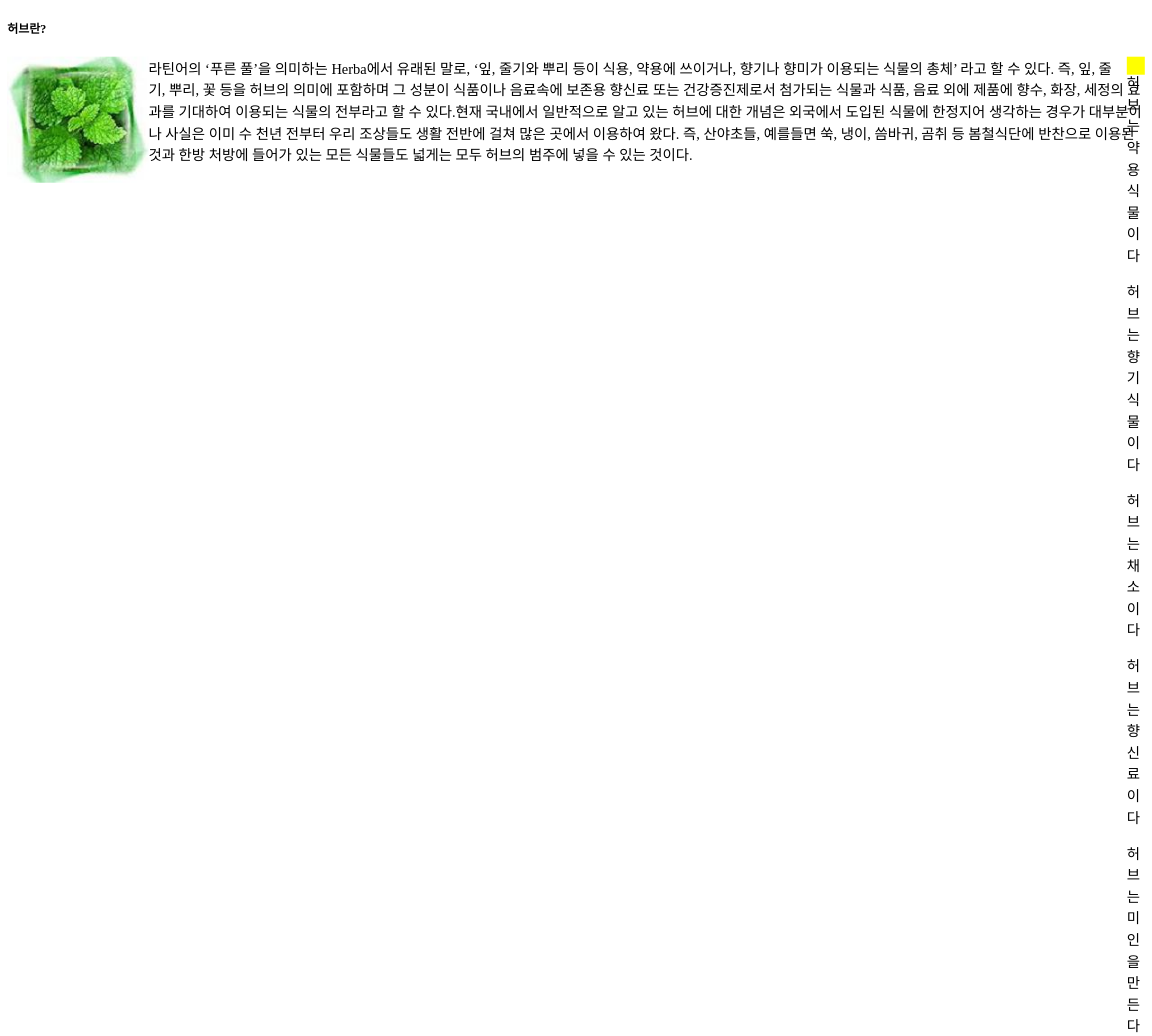
Repository: gus-123/Edu_KCC_HTML
Page: CSS/WebContent/position.html
These files come from the project's save history. The page is drawn as it stood at one moment and after the next save; the edit follows.
The browser window is 1280 px wide. The pictures show the whole page, at 90% of full size.

Above is the page before, as saved 2024-07-09 06:20:32.

After the next save:
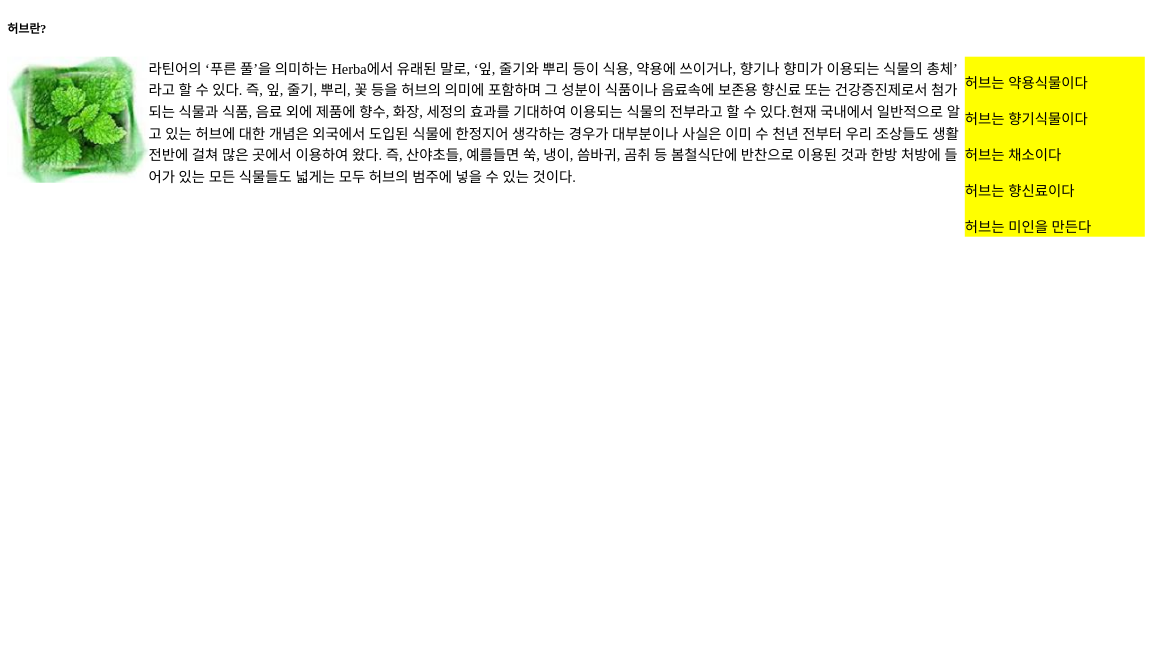
Saved 10 s later.
--- a/CSS/WebContent/position.html
+++ b/CSS/WebContent/position.html
@@ -10,8 +10,8 @@
 }
 
 #sidebar {
-	width: 20px;
-	height: 20px;
+	width: 200px;
+	height: 200px;
 	background-color: yellow;
 	float: right;
 }
